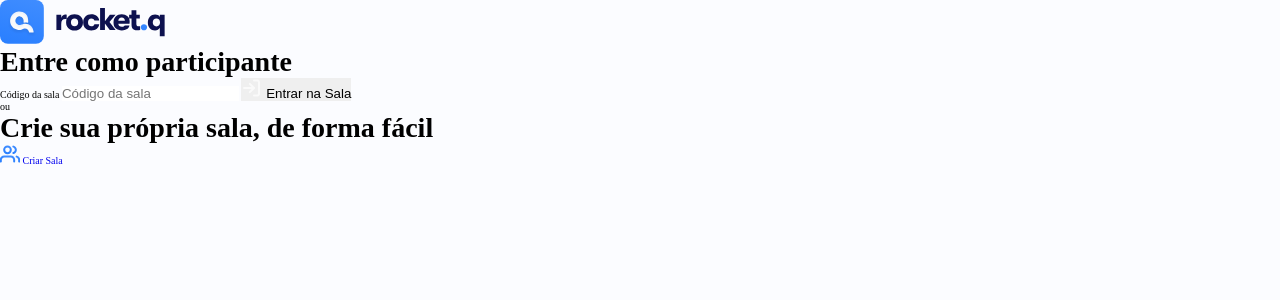
Repository: frnndlima/rocket.q
Page: home.html
The author's editor kept a copy of each file at every save. The page is drawn from the files as they stood at one save, then again after the next save.
The browser window is 1280 px wide. The pictures show the whole page.

Above is the page before, as saved 2021-08-30 15:17:31.

After the next save:
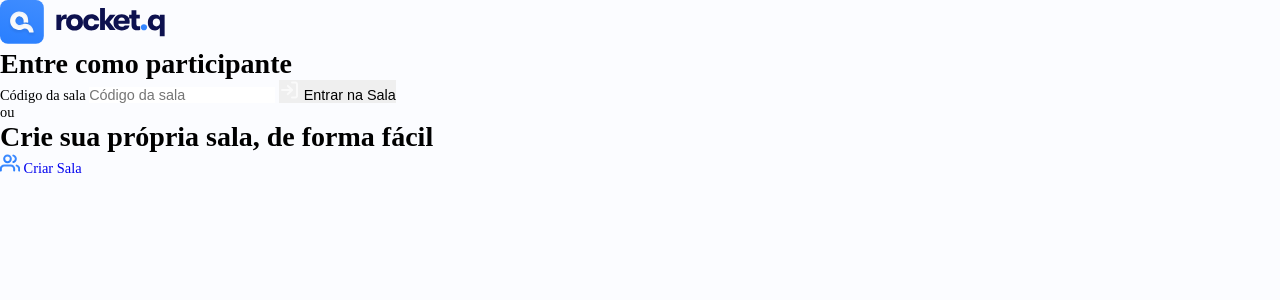
Saved 84 s later.
--- a/styles/global.css
+++ b/styles/global.css
@@ -35,5 +35,5 @@
 }
 
 body, input, button, textarea {
-  font-size: clamp(14px, 1.6rem)
+  font-size: clamp(14px, 1.6rem, 2vh)
 }
